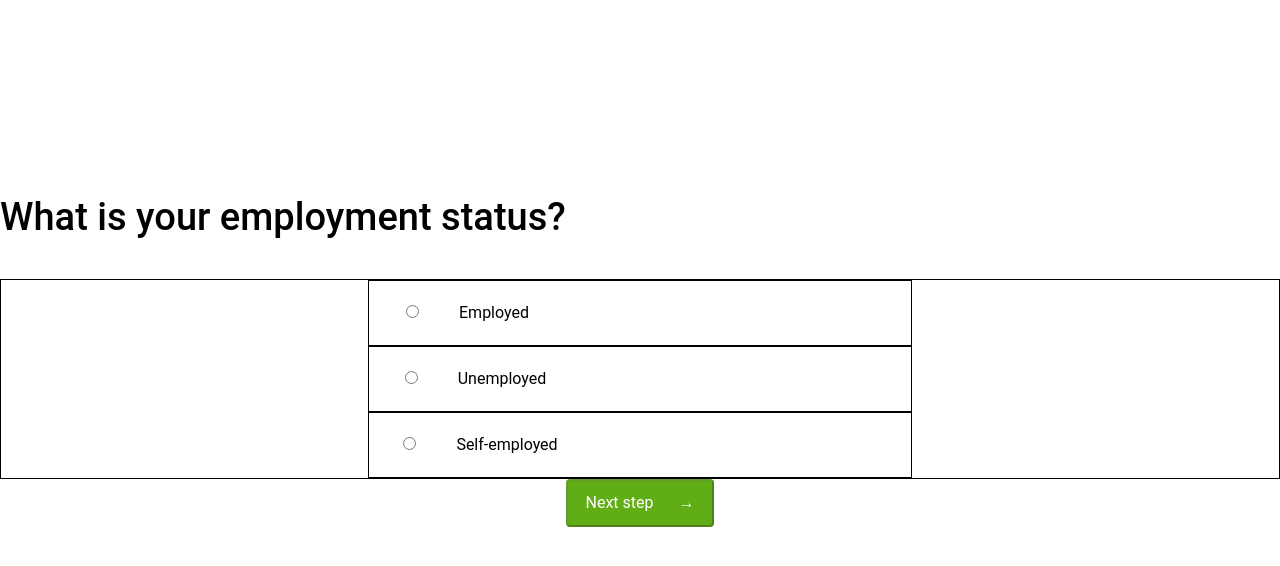
Repository: andbilous/task-survey
Page: /employment-status
The author's editor kept a copy of each file at every save. The page is drawn from the files as they stood at one save, then again after a run of saves.
The browser window is 1280 px wide. The pictures show the whole page.
The project was rebuilt for these pictures with package versions that can differ from the ones it lists, and the page was loaded fresh each time. Also part of the build but not shown: src/pages/FillingStatus.jsx, src/pages/Proprietorships.jsx, src/pages/Score.jsx.

Above is the page before, as saved 2020-06-18 17:03:45.

After the next 5 saves:
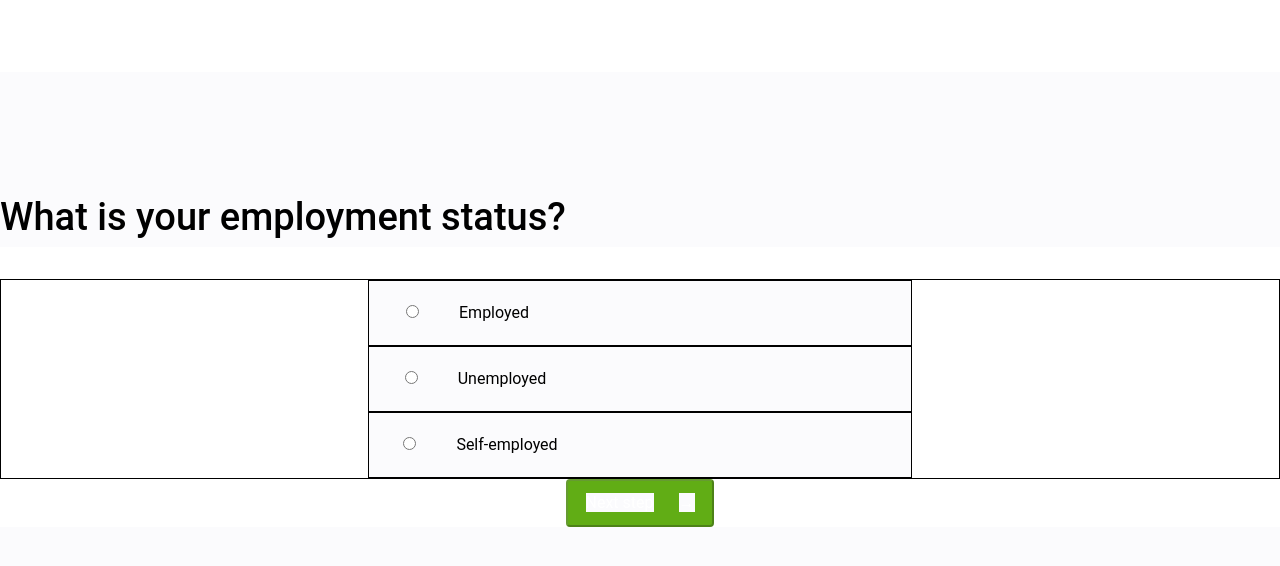
The 5 saves are shown as one change because they came seconds apart.
The last was saved 10 min 13 s later.
--- a/src/App.css
+++ b/src/App.css
@@ -4,6 +4,7 @@
   font-family: Roboto;
   font-style: normal;
   font-weight: normal;
+  background-color:  #FBFBFD;
 }
 h2{
   font-family: Roboto;

After the save that followed:
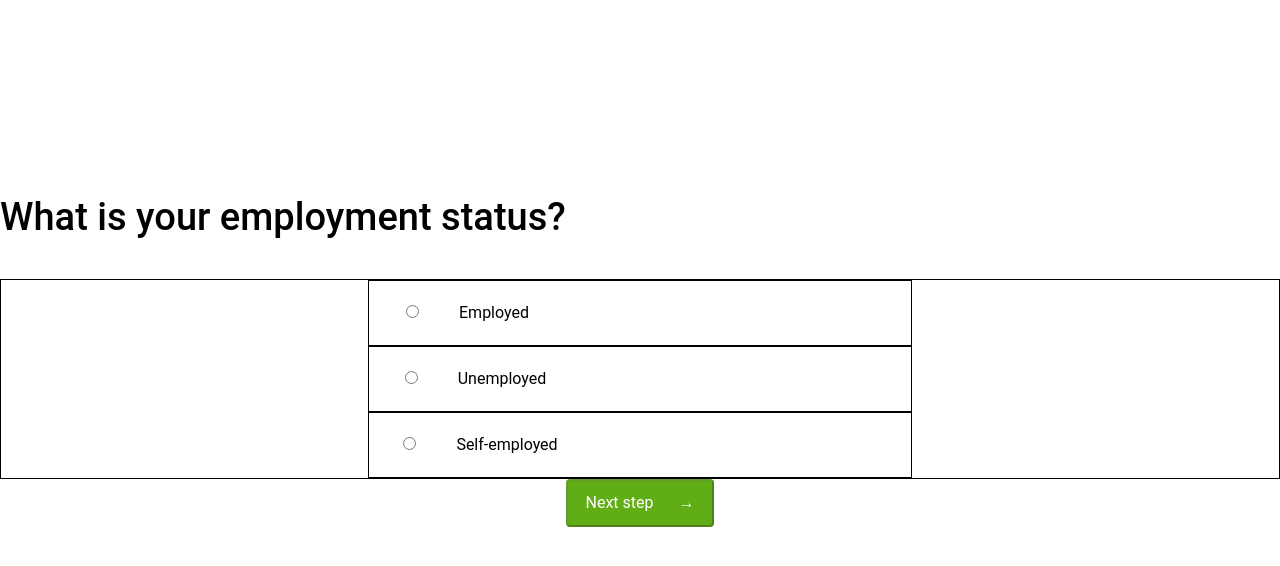
Saved 13 s later.
--- a/src/App.css
+++ b/src/App.css
@@ -4,7 +4,6 @@
   font-family: Roboto;
   font-style: normal;
   font-weight: normal;
-  background-color:  #FBFBFD;
 }
 h2{
   font-family: Roboto;
